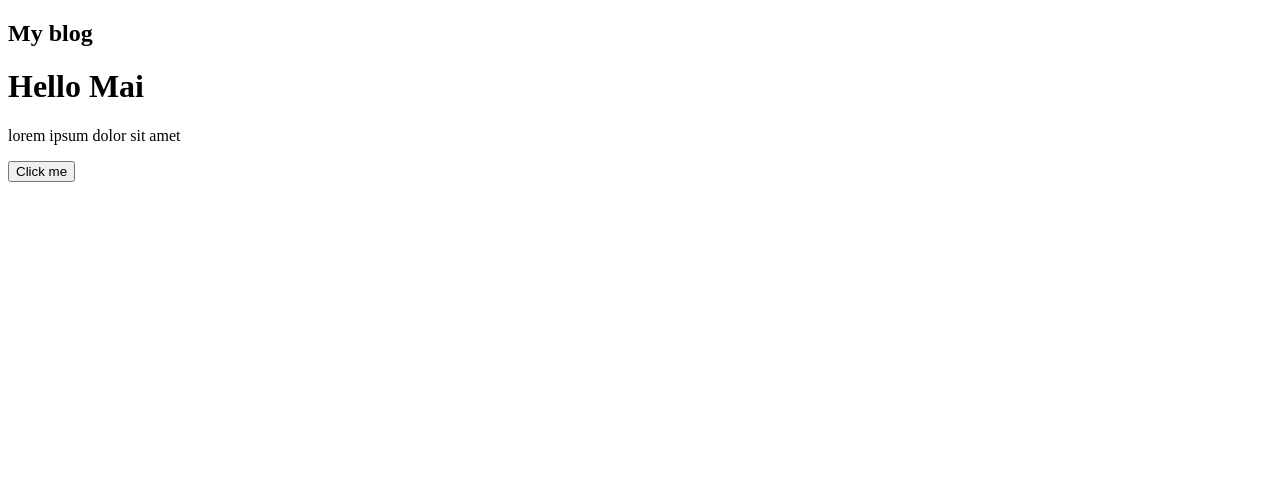
Repository: MaiCrespo/BlogEntry
Page: /
The author's editor kept a copy of each file at every save. The page is drawn from the files as they stood at one save, then again after the next save.
The browser window is 1280 px wide. The pictures show the whole page.
The project was rebuilt for these pictures with package versions that can differ from the ones it lists, and the page was loaded fresh each time. Also part of the build but not shown: vite.config.js, src/index.css.

Above is the page before, as saved 2025-09-10 13:43:22.

After the next save:
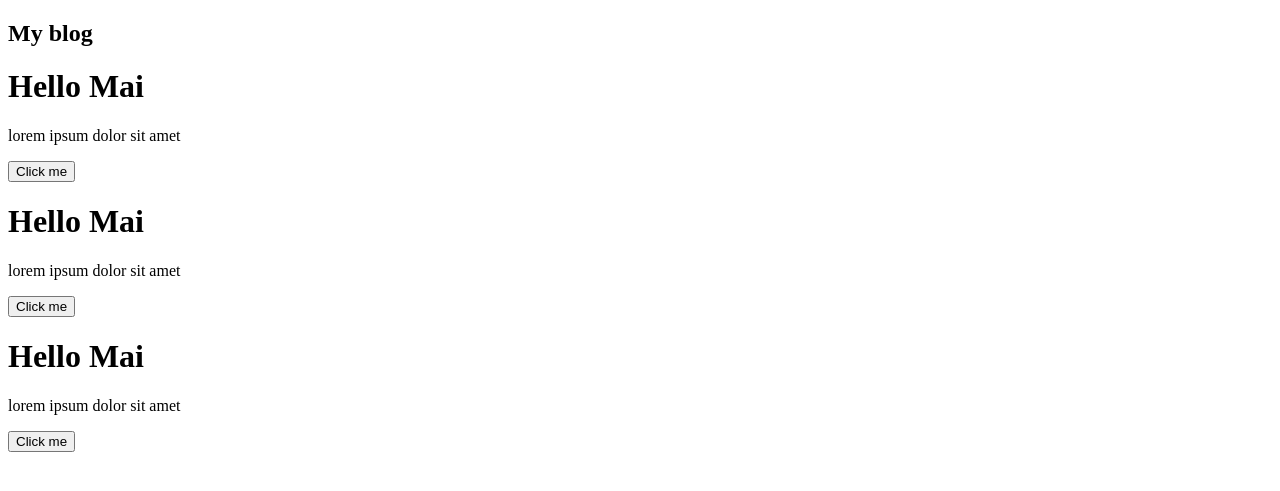
Saved 16 s later.
--- a/src/App.jsx
+++ b/src/App.jsx
@@ -2,6 +2,8 @@ function App() {
   return (
     <div>
       <h2>My blog</h2>
+      <BlogEntry />
+      <BlogEntry />
       <BlogEntry />
     </div>
   );
